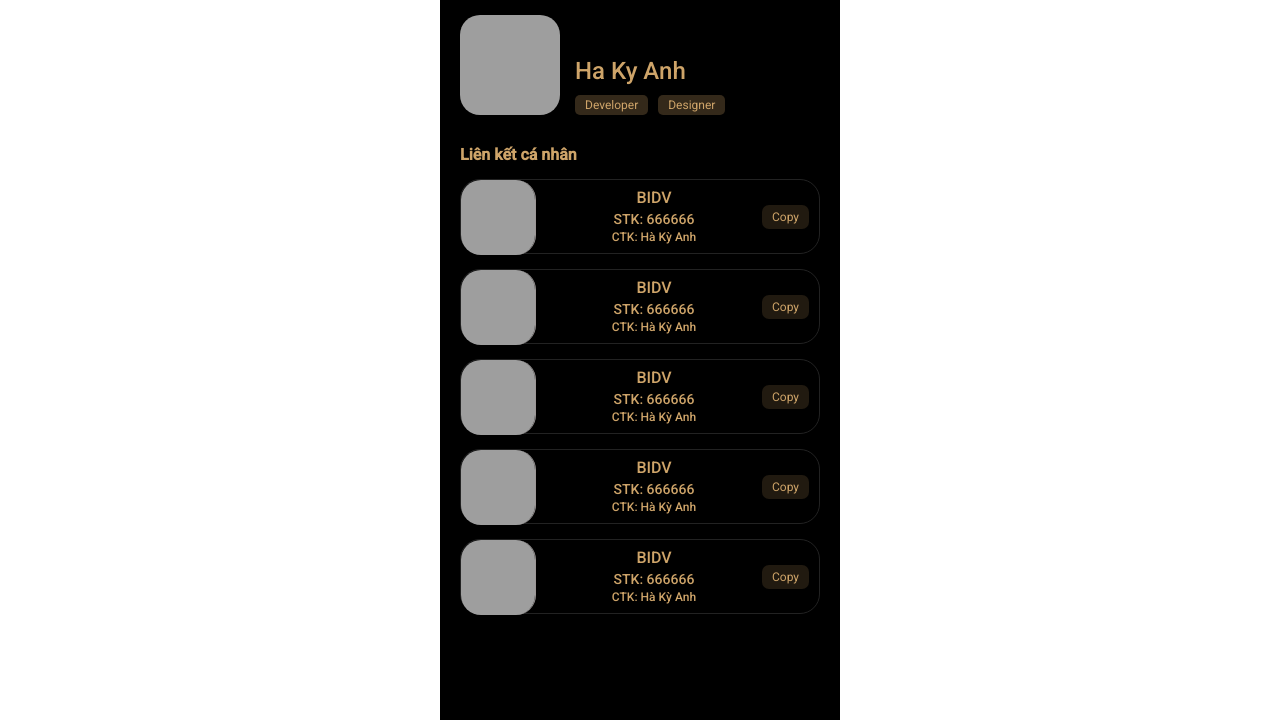
Repository: yzarc204/nguyen-tien-viet-hoang
Page: thong-tin-thanh-toan/index.html
The author's editor kept a copy of each file at every save. The page is drawn from the files as they stood at one save, then again after the next save.
The browser window is 1280 px wide. The pictures show the whole page.
Pictures or frames that could not be fetched are drawn as grey boxes.

Above is the page before, as saved 2021-09-27 11:09:06.

After the next save:
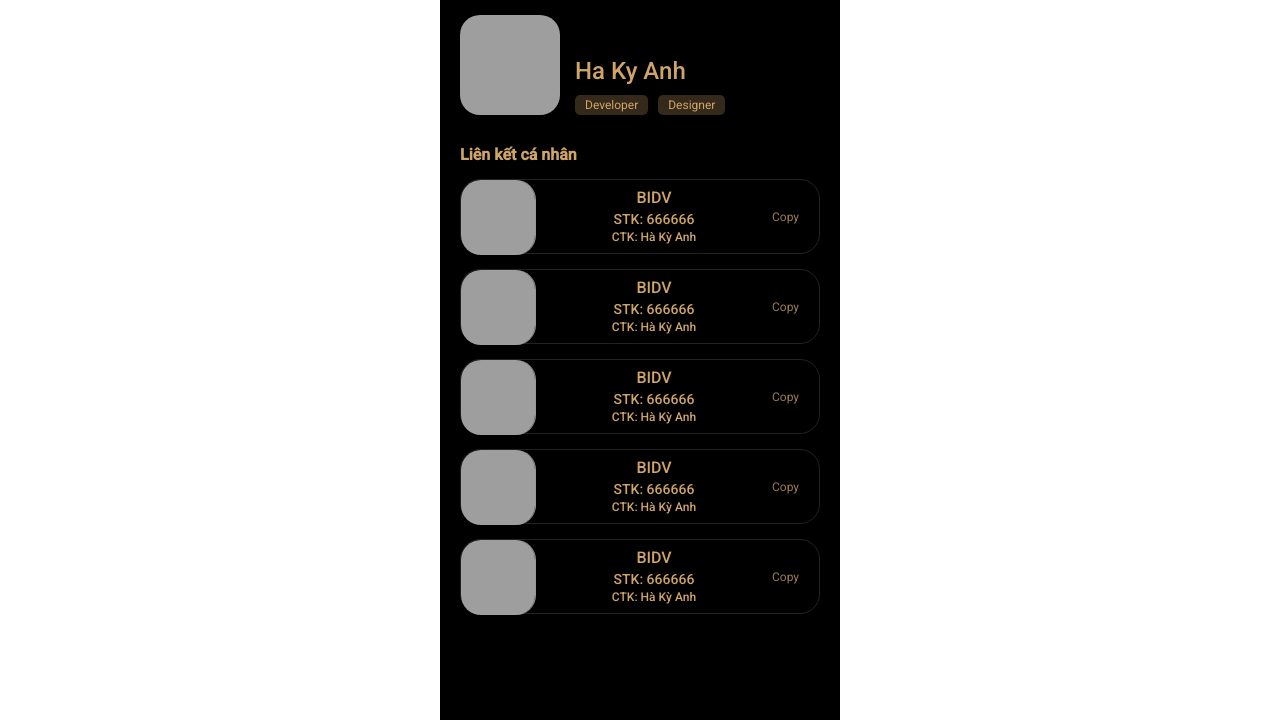
Saved 19 s later.
--- a/thong-tin-thanh-toan/public/css/index.css
+++ b/thong-tin-thanh-toan/public/css/index.css
@@ -127,14 +127,22 @@ body {
 }
 .btn-copy{
     color: var(--primary-color);
-    background-color: var(--secondary-color);
     font-size: 12px;
     height: fit-content;
-    padding: 5px 10px;
-    border-radius: 7px;
+    padding: 10px;
     position: relative;
     top: 50%;
     right: 10px;
     transform: translateY(-50%);
     cursor: pointer;
 }
+.btn-copy:before {
+    content: "";
+    position: absolute;
+    top: 0;
+    right: 0;
+    bottom: 0;
+    left: 0;
+    background: #000;
+    opacity: 0.25;
+}
